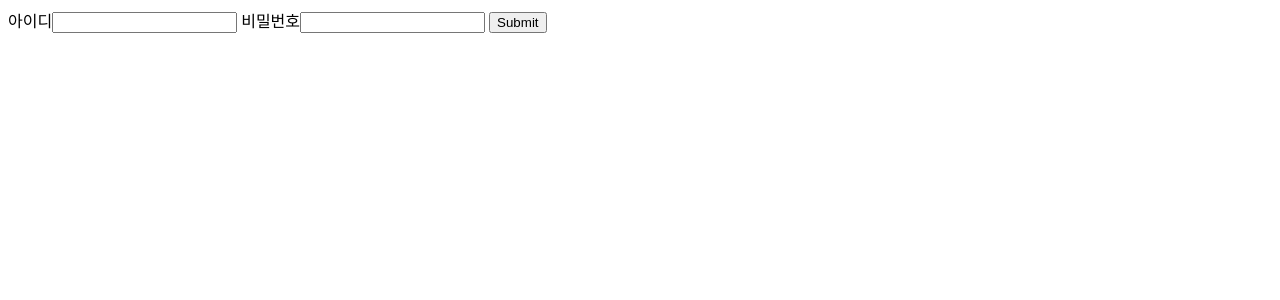
Repository: rjadmsekf13/20201113
Page: http://localhost/20201111/ex3.jsp
These files come from the project's save history. The page is drawn as it stood at one moment and after the next save; the edit follows.
The browser window is 1280 px wide. The pictures show the whole page.
The page is served by Tomcat 9.

Above is the page before, as saved 2020-11-11 01:35:09.

After the next save:
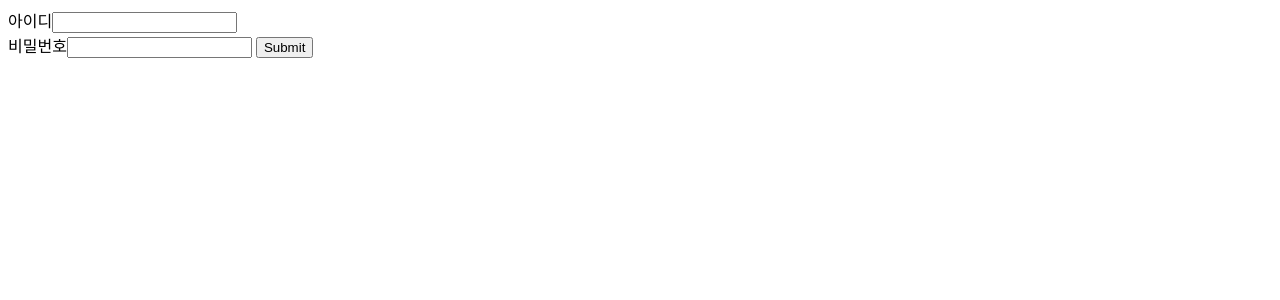
Saved 14 s later.
--- a/20201111/WebContent/ex3.jsp
+++ b/20201111/WebContent/ex3.jsp
@@ -8,7 +8,7 @@
 </head>
 <body>
 <form action="ex3_checked.jsp">
-	아이디<input type="text" name="id">
+	아이디<input type="text" name="id"><br>
 	비밀번호<input type="text" name="pw">
 	<input type="submit" name="로그인">
 </form>

After the save that followed:
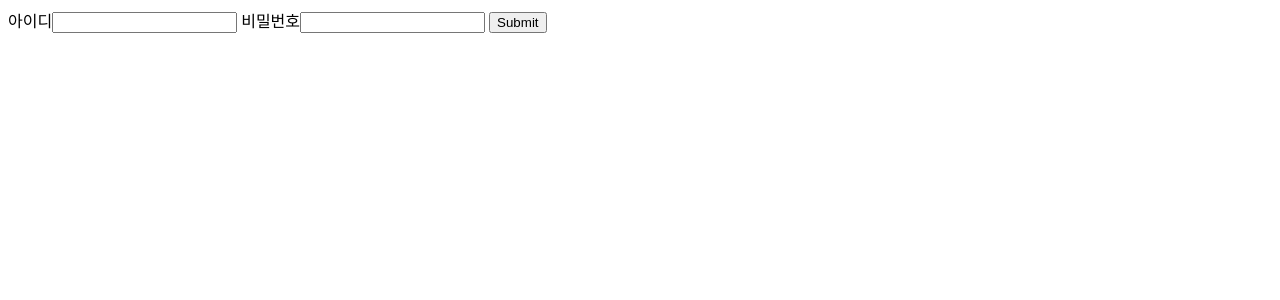
Saved 11 s later.
--- a/20201111/WebContent/ex3.jsp
+++ b/20201111/WebContent/ex3.jsp
@@ -8,7 +8,7 @@
 </head>
 <body>
 <form action="ex3_checked.jsp">
-	아이디<input type="text" name="id"><br>
+	아이디<input type="text" name="id">
 	비밀번호<input type="text" name="pw">
 	<input type="submit" name="로그인">
 </form>
